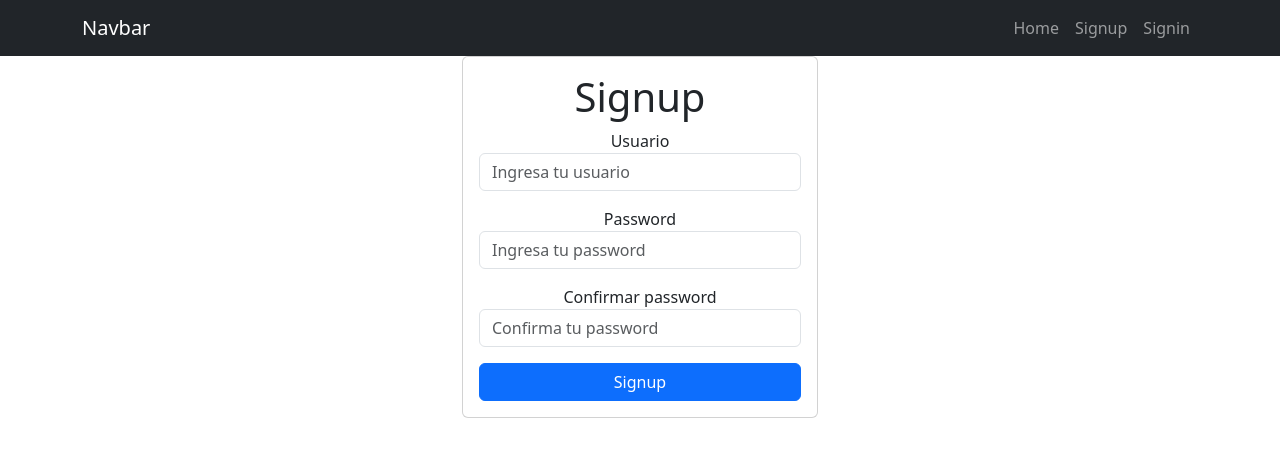
Repository: dbettancourt/django-auth-crud
Page: http://localhost/signup/
The author's editor kept a copy of each file at every save. The page is drawn from the files as they stood at one save, then again after the next save.
The browser window is 1280 px wide. The pictures show the whole page.
The page is served by the project's application, run on Django 4.2 (manage.py). Other server files are loaded and not shown.

Above is the page before, as saved 2023-06-06 10:56:03.

### tasks/templates/signup.html
{% extends 'base.html' %}

{% block content %}

<main class="container">
    <div class="row">
        <div class="col-md-4 offset-md-4" >
            <form method="POST" class="card card-body text-center">
                <h1>Signup</h1>

                {{error}}

                {% csrf_token %}

                <div class="mb-3">
                    <label for="username">Usuario</label>
                    <input type="text" name="username" id="username" class="form-control" placeholder="Ingresa tu usuario">
                </div>

                <div class="mb-3">
                    <label for="password1">Password</label>
                    <input type="password" name="password1" id="password1" class="form-control" placeholder="Ingresa tu password">
                </div>

                <div class="mb-3">
                    <label for="password2">Confirmar password</label>
                    <input type="password" name="password2" id="password2" class="form-control" placeholder="Confirma tu password">
                </div>

                <button class="btn btn-primary">
                    Signup
                </button>
            </forrm>
        </div>

    </div>
</main>

{% endblock %}

### tasks/templates/base.html
<!DOCTYPE html>
<!--[if lt IE 7]>      <html class="no-js lt-ie9 lt-ie8 lt-ie7"> <![endif]-->
<!--[if IE 7]>         <html class="no-js lt-ie9 lt-ie8"> <![endif]-->
<!--[if IE 8]>         <html class="no-js lt-ie9"> <![endif]-->
<!--[if gt IE 8]>      <html class="no-js"> <!--<![endif]-->
<html>
    <head>
        <meta charset="utf-8">
        <meta http-equiv="X-UA-Compatible" content="IE=edge">
        <title>Pagina Base Django</title>
        <meta name="description" content="">
        <meta name="viewport" content="width=device-width, initial-scale=1">
        <link rel="stylesheet" href="">
        <link rel="stylesheet" href="https://cdn.jsdelivr.net/npm/bootstrap@5.3.0/dist/css/bootstrap.min.css">
       <link rel="stylesheet" href="https://cdn.jsdelivr.net/npm/bootstrap-icons@1.5.0/font/bootstrap-icons.css">

    </head>
    <body>
        <!--[if lt IE 7]>
            <p class="browsehappy">You are using an <strong>outdated</strong> browser. Please <a href="#">upgrade your browser</a> to improve your experience.</p>
        <![endif]-->
        <nav class="navbar navbar-expand-lg bg-dark navbar-dark">
            <div class="container">
              <a class="navbar-brand" href="#">Navbar</a>
              <button class="navbar-toggler" type="button" data-bs-toggle="collapse" data-bs-target="#navbarNav" aria-controls="navbarNav" aria-expanded="false" aria-label="Toggle navigation">
                <span class="navbar-toggler-icon"></span>
              </button>
              <div class="collapse navbar-collapse" id="navbarNav">
                <ul class="navbar-nav ms-auto">
                    <li class="nav-item">
                        <a href="/"  class="nav-link">Home</a>
                    </li>
                    {% if user.is_authenticated %}
                    <li class="nav-item">
                        <a href="/tasks"  class="nav-link">Tasks Pending</a>
                    </li>
                    <li class="nav-item">
                        <a href="/tasks_completed"  class="nav-link">Tasks Completed</a>
                    </li>
                    <li class="nav-item">
                        <a href="/tasks/create"  class="nav-link">Create task</a>
                    </li>

                    <li class="nav-item">
                        <a href="/logout"  class="nav-link">Logout</a>
                    </li>
                    {% else %}
                    <li class="nav-item">
                        <a href="/signup"  class="nav-link">Signup</a>
                    </li>
                    <li class="nav-item">
                        <a href="/signin"  class="nav-link">Signin</a>
                    </li>
                    {% endif %}
                </ul>
              </div>
            </div>
          </nav>

        <script src="" async defer></script>

        {% block content %}
        {% endblock %}

    </body>
</html>

### tasks/views.py
from django.shortcuts import render, redirect, get_object_or_404
from django.contrib.auth.forms import UserCreationForm, AuthenticationForm
from django.contrib.auth.models import User
from django.contrib.auth import login, logout, authenticate
from django.db import IntegrityError
from .forms import TaskForm
from .models import Task
from django.utils import timezone
from django.contrib.auth.decorators import login_required



# Create your views here.
def home(request):
    return render(request, 'home.html')

def signup(request):

    if request.method == 'GET':
         return render(request, 'signup.html',{
        'form': UserCreationForm
    })

    else:
        if request.POST['password1'] == request.POST['password2']:
            try:
                user = User.objects.create_user(username=request.POST['username'], password=request.POST['password1'])
                user.save()
                login(request, user)
                return redirect ('tasks')
            except IntegrityError:
                return render(request, 'signup.html',{
                    'form': UserCreationForm,
                    'error': 'El usuario ya existe'
                    })
        return render(request, 'signup.html', {
            'form': UserCreationForm,
            'error': 'Las contraseñas no coinciden'
            })

@login_required
def tasks(request):
    tasks = Task.objects.filter(user=request.user, datecompleted__isnull=True)
    return render(request, 'tasks.html', {'tasks': tasks})

@login_required
def tasks_completed(request):
    tasks = Task.objects.filter(user=request.user, datecompleted__isnull=False).order_by ('-datecompleted')
    return render(request, 'tasks.html', {'tasks': tasks})

@login_required
def create_task(request):

    if request.method == 'GET':
        return render(request, 'create_task.html', {
            'form': TaskForm
        })
    else:
        try:
            form = TaskForm(request.POST)
            new_task = form.save(commit=False)
            new_task.user = request.user
            new_task.save()
            return redirect('tasks')
        except ValueError:
            return render(request, 'create_task.html', {
                'form': TaskForm,
                'error': 'Por favor ingresar datos validos'
             })

@login_required
def task_detail(request, task_id):
    if request.method == 'GET':
        task = get_object_or_404(Task, pk=task_id, user=request.user)
        form = TaskForm(instance=task)
        return render(request, 'task_detail.html', {'task': task, 'form': form})
    else:
        try:
            task = get_object_or_404(Task, pk=task_id, user=request.user)
            form = TaskForm(request.POST, instance=task)
            form.save()
            return redirect('tasks')
        except ValueError:
            return render(request, 'task_detail.html', {'task': task, 'form': form, 'error': "Error al actualizar"})

@login_required
def complete_task(request, task_id):
    task = get_object_or_404(Task, pk=task_id, user=request.user)
    if request.method == 'POST':
        task.datecompleted = timezone.now()
        task.save()
        return redirect('tasks')

@login_required
def delete_task(request, task_id):
    task = get_object_or_404(Task, pk=task_id, user=request.user)
    if request.method == 'POST':
        task.datecompleted = timezone.now()
        task.delete()
        return redirect('tasks')

@login_required
def signout(request):
    logout(request)
    return redirect('home')

def signin(request):
    if request.method=='GET':
        return render(request, 'signin.html', {
            'form': AuthenticationForm
        })
    else:
        user = authenticate(
            request, username=request.POST['username'], password=request.POST['password'])

        if user is None:
            return render(request, 'signin.html', {
                'form': AuthenticationForm,
                'error': 'Usuario o password es incorrecta'
            })
        else:
            login(request, user)
            return redirect('tasks')

### djangocrud/urls.py
"""
URL configuration for djangocrud project.

The `urlpatterns` list routes URLs to views. For more information please see:
    https://docs.djangoproject.com/en/4.2/topics/http/urls/
Examples:
Function views
    1. Add an import:  from my_app import views
    2. Add a URL to urlpatterns:  path('', views.home, name='home')
Class-based views
    1. Add an import:  from other_app.views import Home
    2. Add a URL to urlpatterns:  path('', Home.as_view(), name='home')
Including another URLconf
    1. Import the include() function: from django.urls import include, path
    2. Add a URL to urlpatterns:  path('blog/', include('blog.urls'))
"""
from django.contrib import admin
from django.urls import path
from tasks import views

urlpatterns = [
    path('admin/', admin.site.urls),
    path('', views.home, name='home'),
    path('signup/', views.signup, name='signup'),
    path('tasks/', views.tasks, name='tasks'),
    path('tasks_completed/', views.tasks_completed, name='_completed'),
    path('tasks/create/', views.create_task, name='create_tasks'),
    path('tasks/<int:task_id>/', views.task_detail, name='task_detail'),
    path('tasks/<int:task_id>/complete', views.complete_task, name='complete_task'),
    path('tasks/<int:task_id>/delete', views.delete_task, name='delete_task'),
    path('logout/', views.signout, name='logout'),
    path('signin/', views.signin, name='signin')
]

After the next save:
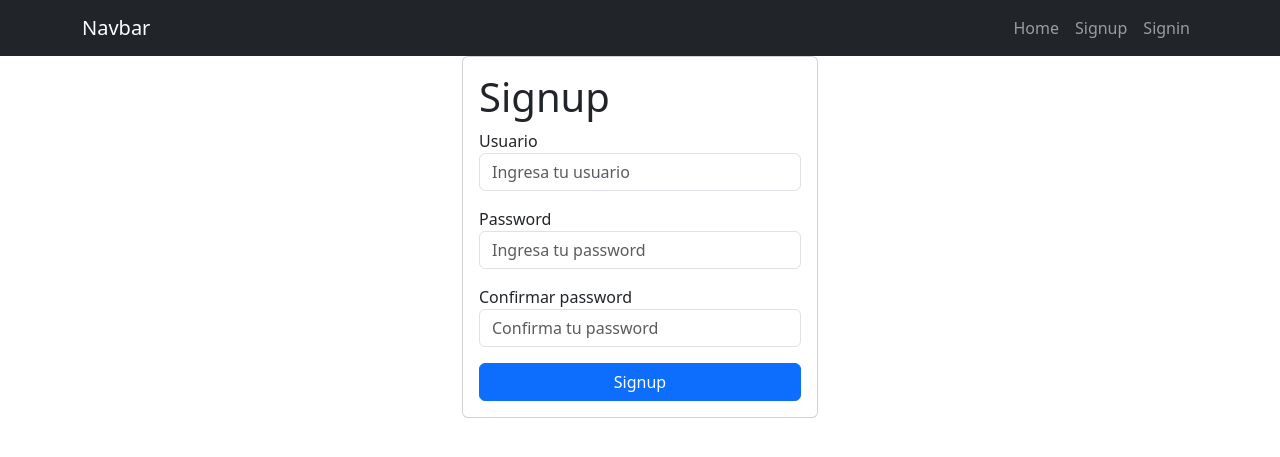
Saved 87 s later.
--- a/tasks/templates/signup.html
+++ b/tasks/templates/signup.html
@@ -5,8 +5,8 @@
 <main class="container">
     <div class="row">
         <div class="col-md-4 offset-md-4" >
-            <form method="POST" class="card card-body text-center">
-                <h1>Signup</h1>
+            <form method="POST" class="card card-body">
+                <h1 text-center>Signup</h1>
 
                 {{error}}
 
